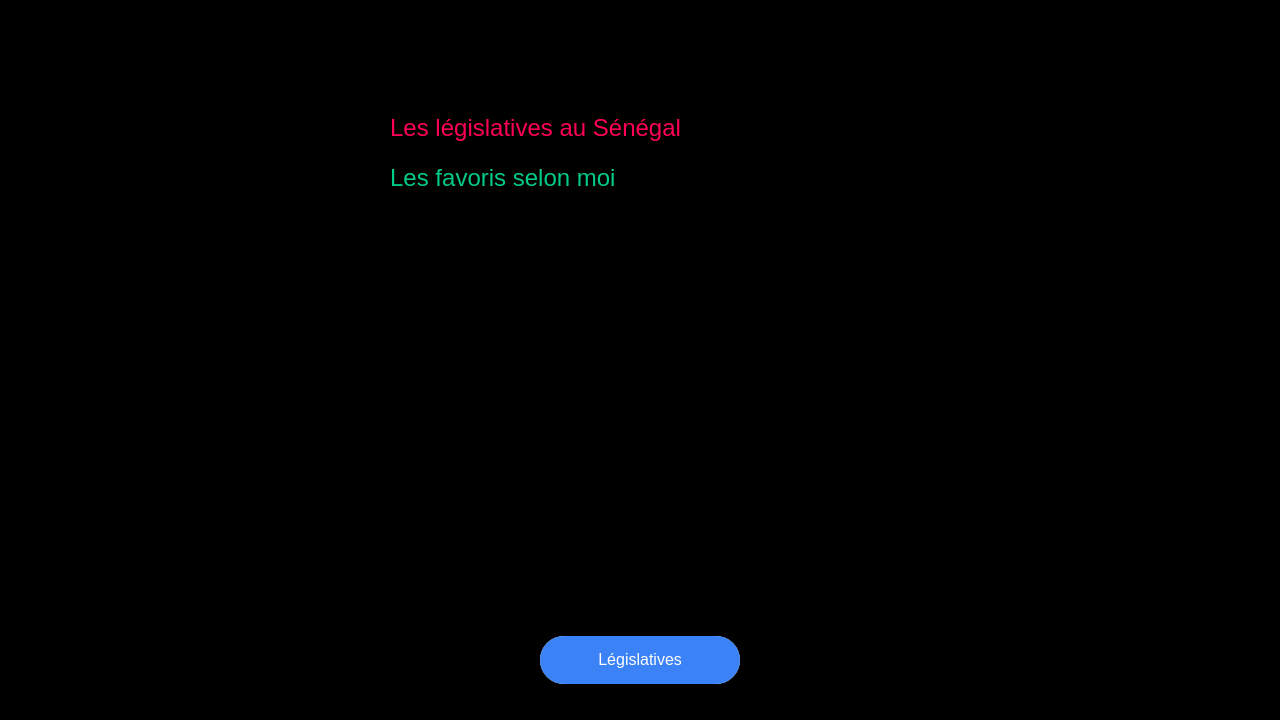
Repository: MDiouf9/legislatives
Page: /
The author's editor kept a copy of each file at every save. The page is drawn from the files as they stood at one save, then again after the next save.
The browser window is 1280 px wide. The pictures show the whole page.
The project was rebuilt for these pictures with package versions that can differ from the ones it lists, and the page was loaded fresh each time. The framework's server and built-in components were replaced by stand-ins that run in the browser. Also part of the build but not shown: next.config.ts.

Above is the page before, as saved 2024-10-31 23:32:09.

After the next save:
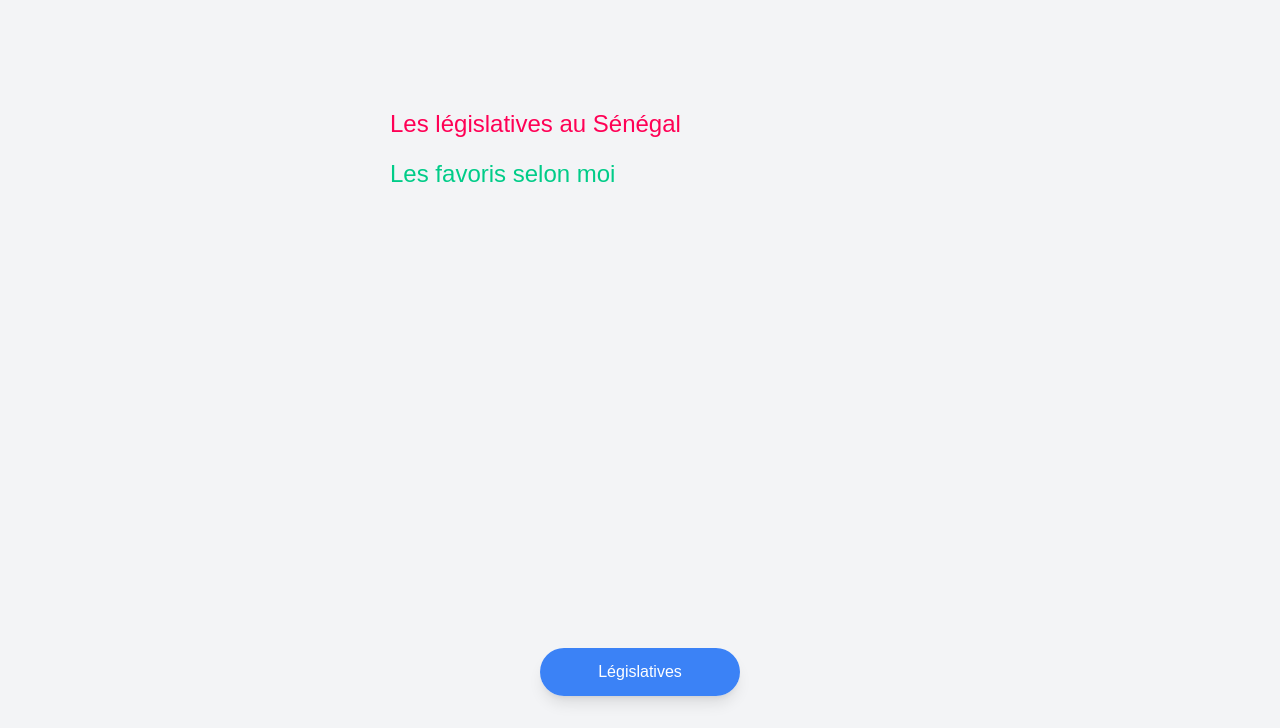
Saved 87 s later.
--- a/src/app/page.tsx
+++ b/src/app/page.tsx
@@ -9,16 +9,14 @@ export default function Page() {
   return (
 
 
-  <div className="flex justify-center items-center min-h-screen">
+<div className="flex justify-center items-center min-h-screen bg-gray-100">
+  <div className="max-w-md w-full px-4 py-8">
+    <div className="flex flex-col justify-center items-center space-y-4">
+      <Text />
+      <Boutton />
+    </div>
+  </div>
+</div>
 
-   <div className="max-w-md ">
-      <div className=" flex flex-col justify-center items-center ">
-           <Text/>
-          <Boutton/>
-      </div>
-
-   </div>
-
-  </div>
    )
 }
